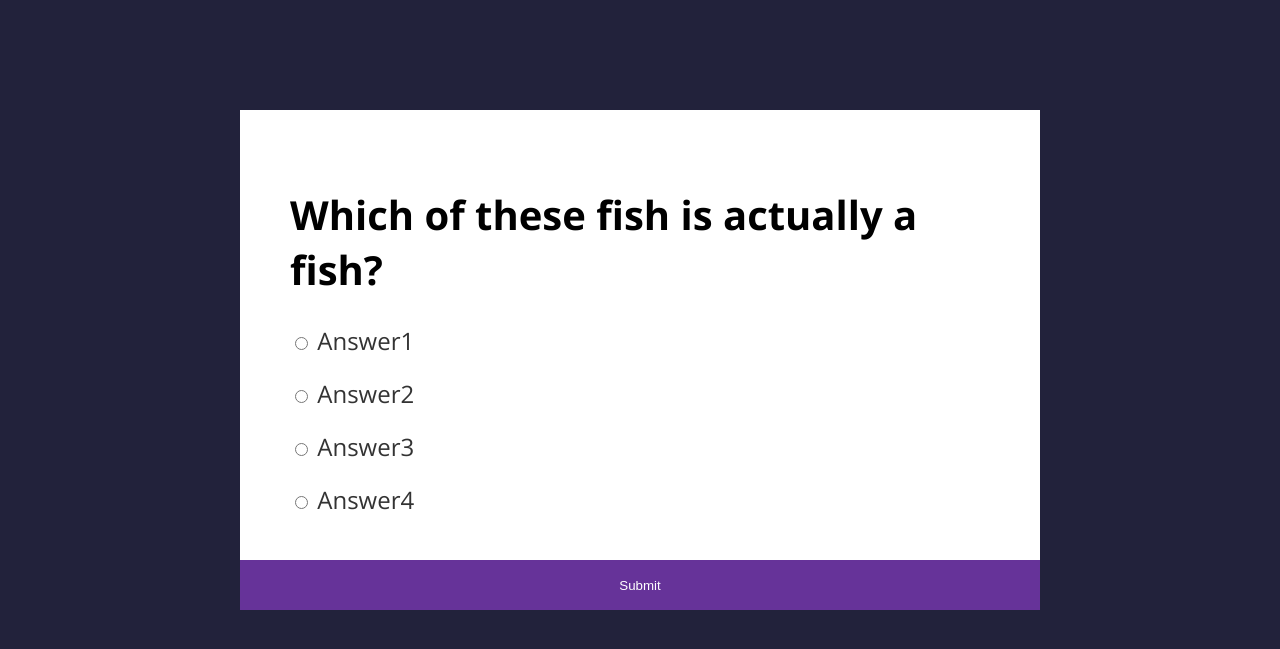
Repository: Wanglongzhi2001/Learn-javascript
Page: quiz/quiz.html
The author's editor kept a copy of each file at every save. The page is drawn from the files as they stood at one save, then again after the next save.
The browser window is 1280 px wide. The pictures show the whole page.

Above is the page before, as saved 2023-02-02 19:41:41.

After the next save:
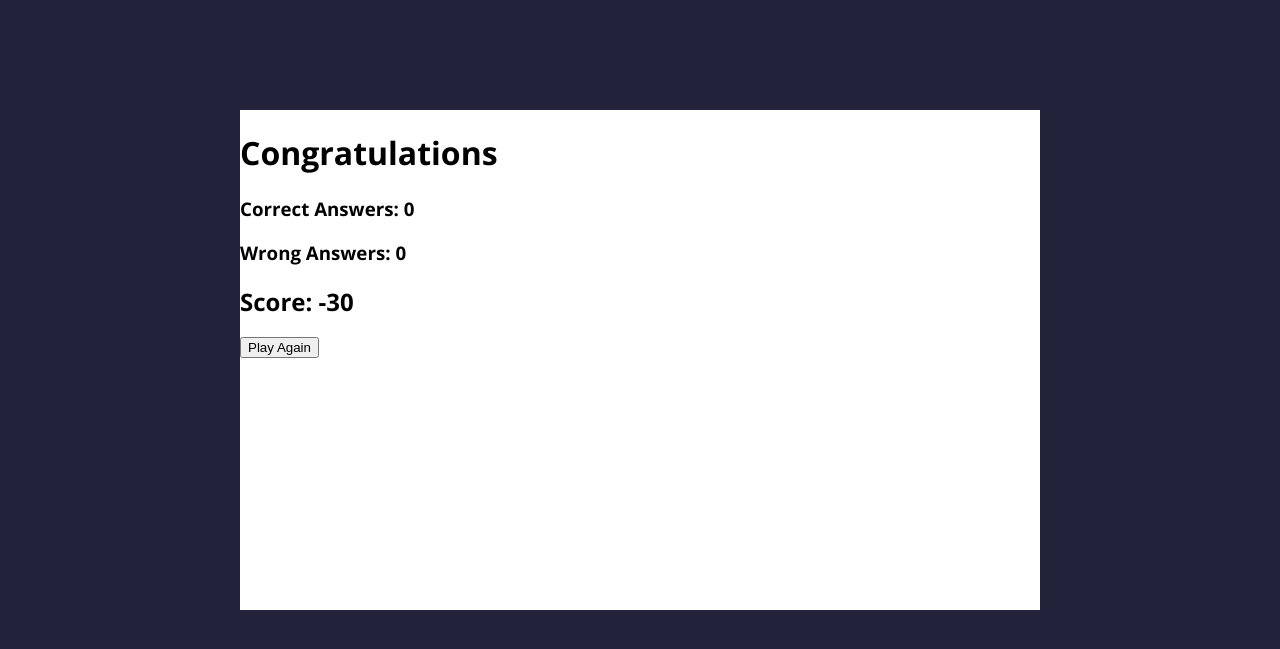
Saved 98 s later.
--- a/quiz/quiz.css
+++ b/quiz/quiz.css
@@ -24,8 +24,8 @@ body{
 
 .answer{
     font-size: 24px;
-    margin-bottom: 20px;
-    color:#333;
+    margin-bottom: 20px; /* 控制间距 */
+    color:#333; /* 使字不那么黑，柔和一点 */
 }
 /* 使用绝对位置调整submit按钮位置 */
 .submit{
@@ -39,6 +39,9 @@ body{
     bottom: 0;
 }
 
-.result{
+.game{
     display: none;
 }
+.result{
+    /* display: none; */
+}
